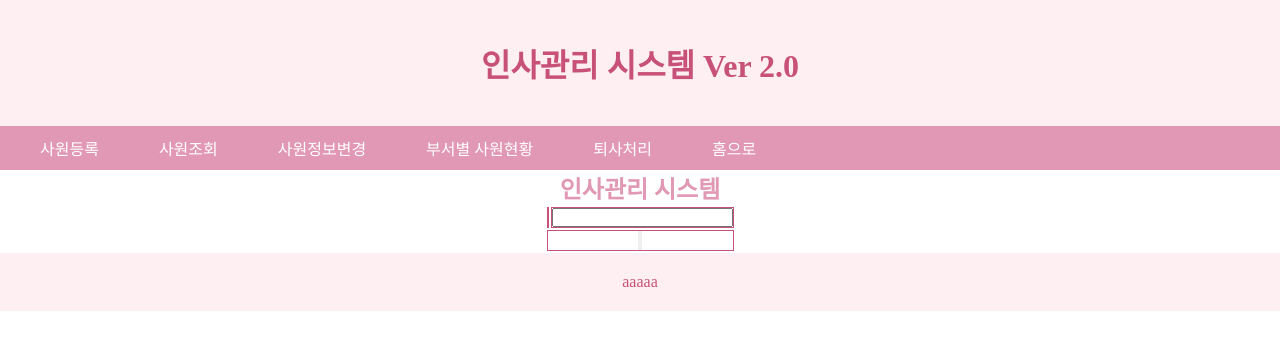
Repository: SeolhwaPark/JSL40_HRDKOREA
Page: http://localhost/HRD_0429/
These files come from the project's save history. The page is drawn as it stood at one moment and after the next save; the edit follows.
The browser window is 1280 px wide. The pictures show the whole page.
The page is served by Tomcat 9.

Above is the page before, as saved 2020-04-29 04:21:29.

After the next save:
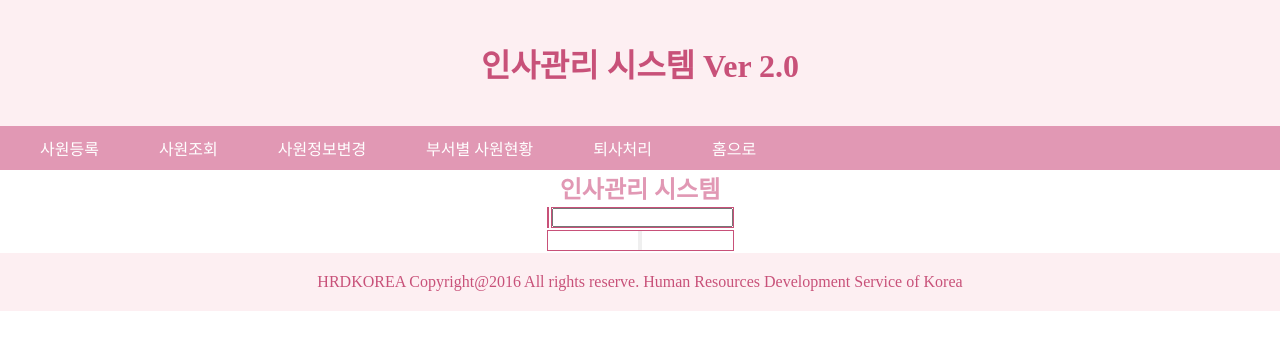
Saved 55 s later.
--- a/HRD_0429/WebContent/index.jsp
+++ b/HRD_0429/WebContent/index.jsp
@@ -67,7 +67,7 @@ a{padding:20px; text-decoration:none; color:#fff}
 </div>
 <div class="footer">
 <footer>
-	<p>aaaaa</p>
+	<p>HRDKOREA Copyright@2016 All rights reserve. Human Resources Development Service of Korea</p>
 </footer>
 </div>
 
